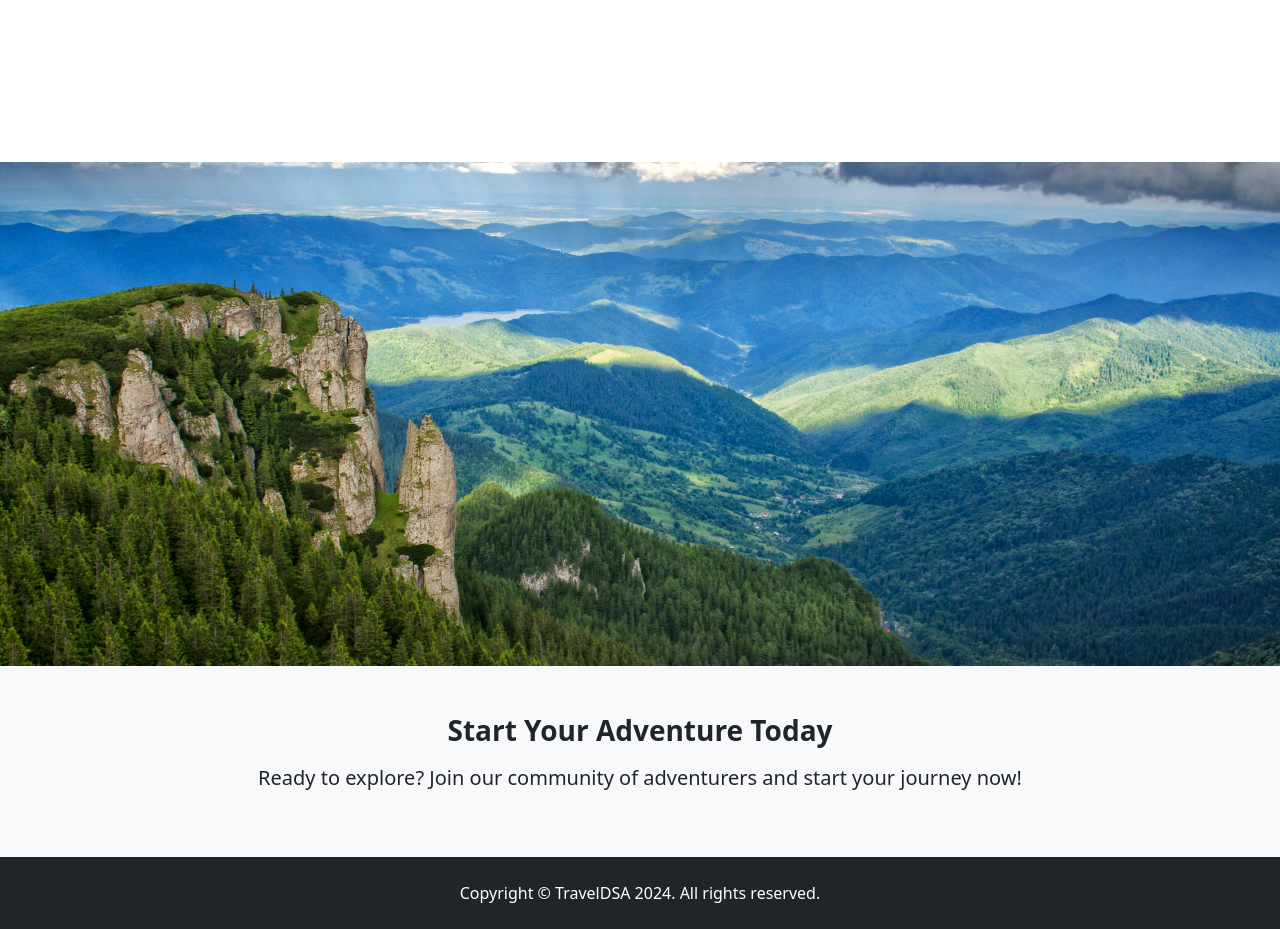
Repository: bettowww/TravelDSA
Page: /home
These files come from the project's save history. The page is drawn as it stood at one moment and after a run of saves; the edit follows.
The browser window is 1280 px wide. The pictures show the whole page.
The project was rebuilt for these pictures with package versions that can differ from the ones it lists, and the page was loaded fresh each time. The framework's server and built-in components were replaced by stand-ins that run in the browser. Also part of the build but not shown: next.config.mjs.

Above is the page before, as saved 2024-12-10 14:04:48.

### app/home/page.jsx
"use client";

// import React, { useState } from "react";
// import { useRouter } from "next/navigation";

import "../../styles/home.css"; // Importă stilurile CSS
import "bootstrap/dist/css/bootstrap.min.css"; // Import Bootstrap CSS

const HomePage = () => {
  // const router = useRouter(); // Pentru navigare

  return (
    <div>
      {/* Header Section */}
      <header>
        <div className="text-center my-5">
          <h1 className="text-white fs-3 fw-bolder">
            Welcome to TravelDSA
          </h1>
          <p className="text-white-50 mb-0">
            Your trusted travel companion for exploring the world.
          </p>
        </div>
      </header>

      {/*Picture section */}
      <section
        style={{
          backgroundImage: `url("/pictures/homepage.jpg")`,
          backgroundSize: "cover",
          backgroundPosition: "center",
          backgroundRepeat: "no-repeat",
          minHeight: "70vh", // Ensure the section spans at least the full height of the viewport
        }}
      >
      </section>


      {/* Call to Action Section */}
      <section className="py-5 bg-light">
        <div className="container text-center">
          <h3 className="fw-bold mb-3">Start Your Adventure Today</h3>
          <p className="lead">
            Ready to explore? Join our community of adventurers and start your
            journey now!
          </p>
        </div>
      </section>

      {/* Footer */}
      <footer className="py-4 bg-dark">
        <div className="container">
          <p className="m-0 text-center text-white">
            Copyright &copy; TravelDSA 2024. All rights reserved.
          </p>
        </div>
      </footer>
    </div>
  );
};

export default HomePage;

Loaded but not shown: styles/home.css (library)

After the next 4 saves:
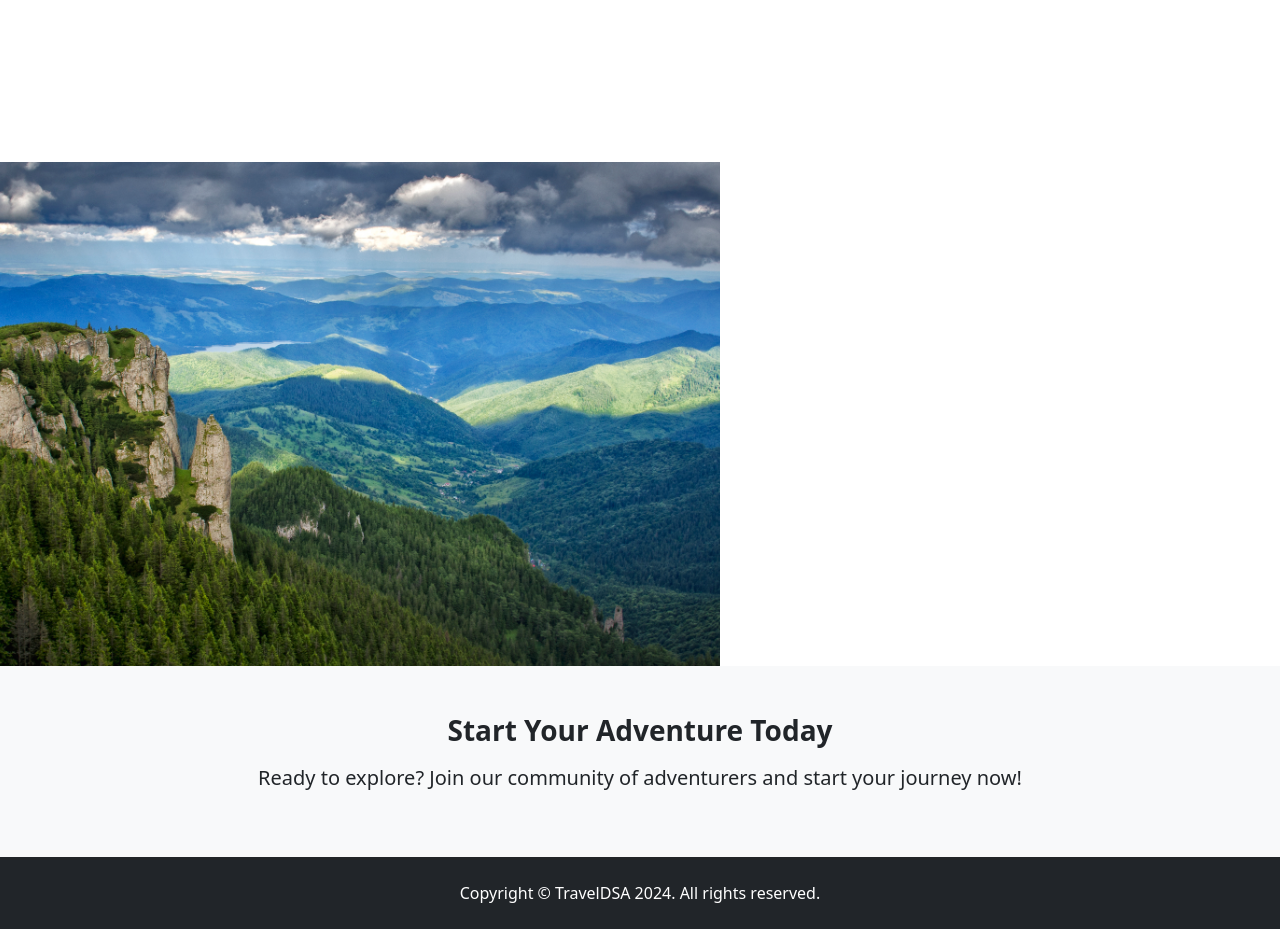
The 4 saves are shown as one change because they came seconds apart.
The last was saved 21 s later.
--- a/app/home/page.jsx
+++ b/app/home/page.jsx
@@ -31,6 +31,7 @@
           backgroundPosition: "center",
           backgroundRepeat: "no-repeat",
           minHeight: "70vh", // Ensure the section spans at least the full height of the viewport
+          maxWidth: "100vh",
         }}
       >
       </section>

After the 4 saves that followed:
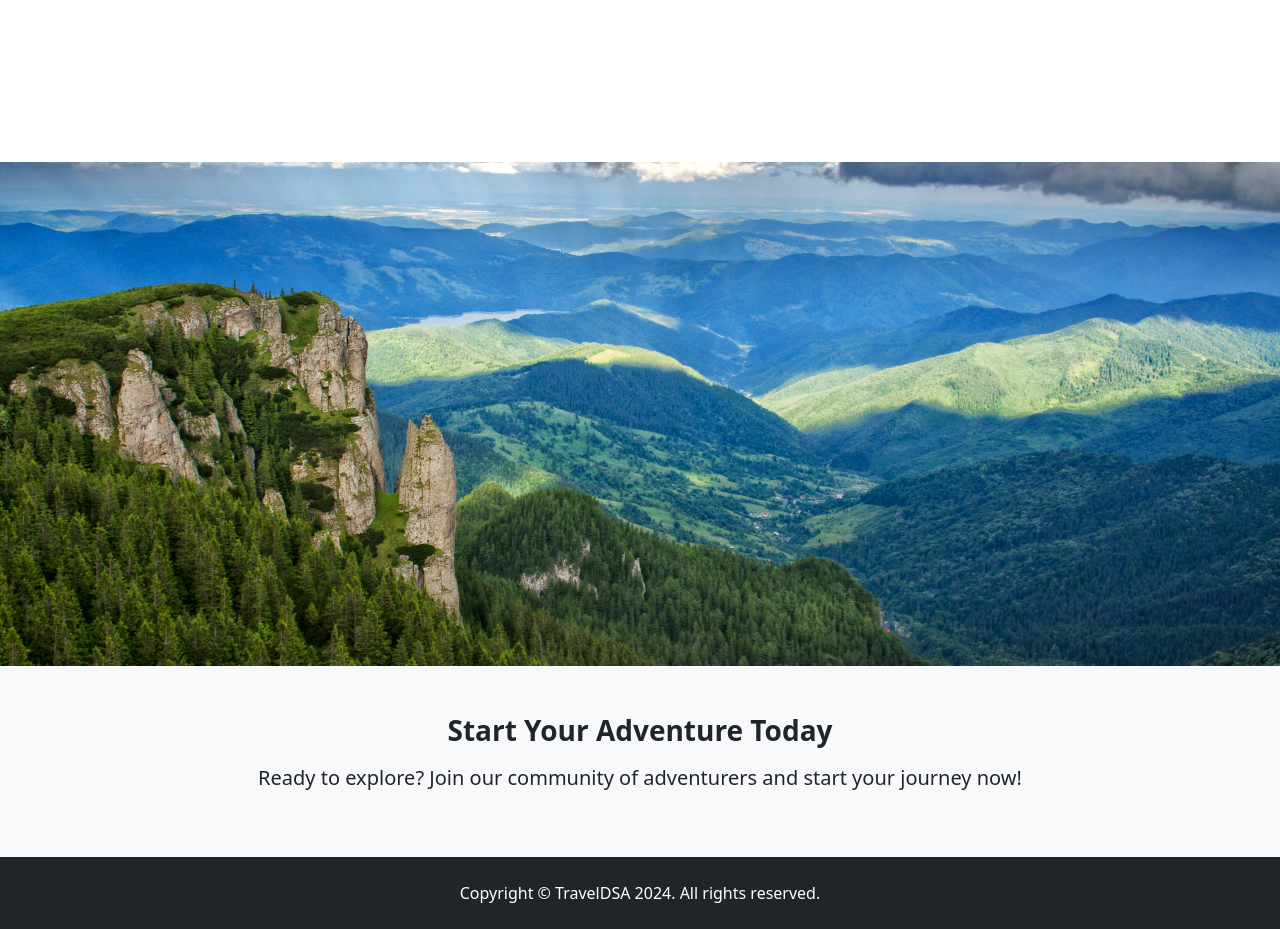
The 4 saves are shown as one change because 2 left the picture as it was and some came seconds apart.
The last was saved 39 s later.
--- a/app/home/page.jsx
+++ b/app/home/page.jsx
@@ -31,7 +31,7 @@
           backgroundPosition: "center",
           backgroundRepeat: "no-repeat",
           minHeight: "70vh", // Ensure the section spans at least the full height of the viewport
-          maxWidth: "100vh",
+          maxWidth: "200vh",
         }}
       >
       </section>
